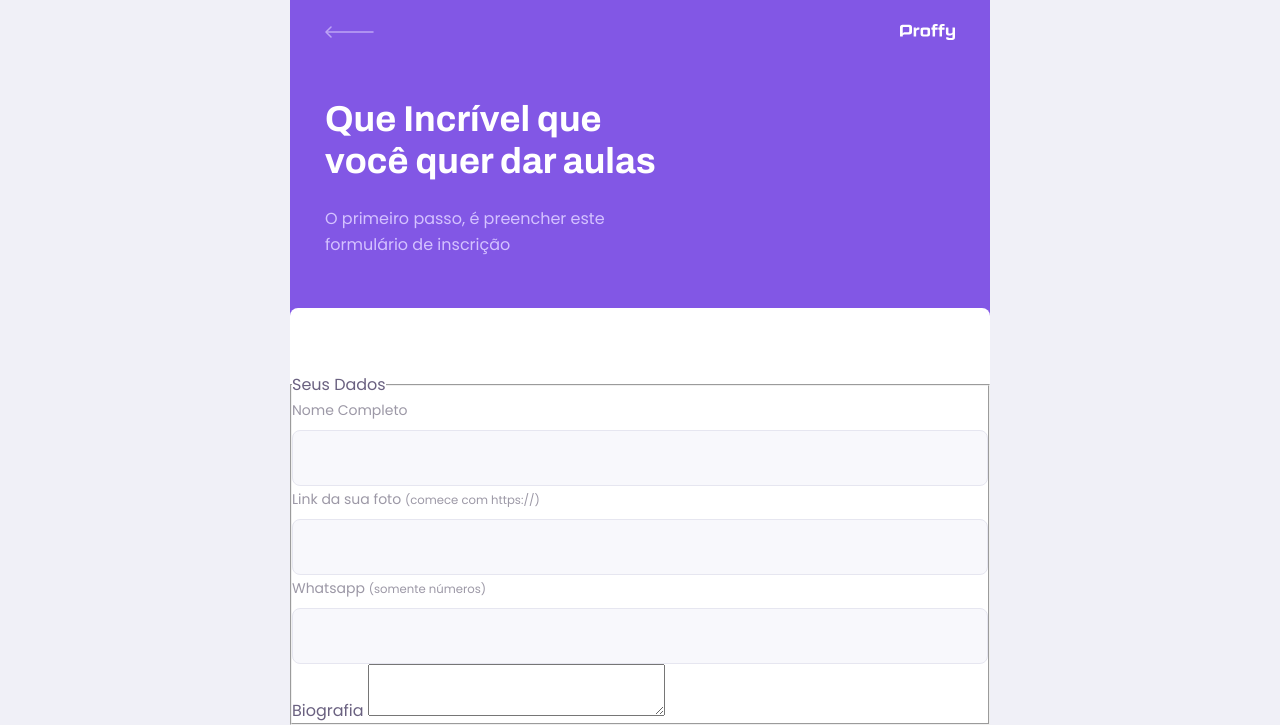
Repository: LukeVersus/NLW
Page: give-classes.html
These files come from the project's save history. The page is drawn as it stood at one moment and after the next save; the edit follows.
The browser window is 1280 px wide. The pictures show the whole page.

Above is the page before, as saved 2020-08-05 21:34:37.

### give-classes.html
<!DOCTYPE html>
<html lang="pt_br">
<head>
    <meta charset="UTF-8">
    <meta name="viewport" content="width=device-width, initial-scale=1.0">
    <title>Proffy | Sua Plataforma de Estudos Online</title>
    <link rel="stylesheet" href="/styles/main.css">
    <link rel="stylesheet" href="/styles/partials/header.css">
    <link rel="stylesheet" href="/styles/partials/forms.css">
    <link rel="stylesheet" href="/styles/partials/page-give-classes.css">
    <link href="https://fonts.googleapis.com/css2?family=Archivo:wght@400;700&amp;family=Poppins:wght@400;600&amp;display=swap" rel="stylesheet">

</head>
<body id="page-give-classes">

    <div id="container">
        <header class="page-header">
            <div class="top-bar-container">
                <a href="/">
                    <img src="/images/icons/back.svg" alt="Voltar">
                </a>
                <img src="/images/logo.svg" alt="Proffy">
            </div>
            <div class="header-content">
               <strong>Que Incrível que você quer dar aulas</strong>
               <p>O primeiro passo, é preencher este formulário de inscrição</p>
            </div>
        </header>
        <main>
           <form action="" id="create-class">
               <fieldset>
                   <legend>Seus Dados</legend>
                   <div class="input-block">
                       <label for="name">Nome Completo</label>
                       <input name="name" id="name" required>
                   </div>
                   <div class="input-block">
                       <label for="avatar">Link da sua foto <small>(comece com https://)</small></label>
                       <input name="avatar" id="avatar" type="url" required>
                   </div>
                   <div class="input-block">
                       <label for="whatsapp">Whatsapp <small>(somente números)</small></label>
                       <input name="whatsapp" id="whatsapp" type="number" required>
                   </div>
                   <div class="textarea-block">
                       <label for="bio">Biografia</label>
                       <textarea name="bio" id="bio" required></textarea>
                   </div>
               </fieldset>
           </form>
        </main>
    </div>


</body>
</html>

### styles/main.css
:root{
    --color-background: #F0F0F7;
    --color-primary-lighter: #9871F5;
    --color-primary-light: #916BEA;
    --color-primary: #8257E5;
    --color-primary-dark: #774DD6;
    --color-primary-darker: #6842C2;
    --color-secondary: #04D361;
    --color-secondary-dark: #04BF58;
    --color-title-in-primary: #FFFFFF;
    --color-text-in-primary: #D4C2FF;
    --color-text-title: #32264D;
    --color-text-complement: #9C98A6;
    --color-text-base: #6A6180;
    --color-line-in-white: #E6E6F0;
    --color-input-background: #F8F8FC;
    --color-button-text: #FFFFFF;
    --color-box-base: #FFFFFF;
    --color-box-footer: #FAFAFC;
    --color-small-info: #C1BCCC;
    /*tamanho da fonte padrão: 16px - 100% - 1rem */
    font-size: 60%; /*Controle das medidas rem e % */
}

* {
    margin: 0;
    padding: 0;
    box-sizing: border-box;
}

html, body{
    height: 100vh;
}

body{
    background: var(--color-background);
    display: flex;
    align-items: center;
    justify-content: center;
}

body, input, button, textarea{
    font: 500 1.6rem Poppins;
    color: var(--color-text-base);
}

#container{
    width: 90vw;
    max-width: 700px;
}

@media (min-width: 700px){
    :root{
        font-size: 62.5%;
    }
}

### styles/partials/header.css

.page-header{
    background-color: var(--color-primary);
    display: flex;
    flex-direction: column;
}

.page-header .top-bar-container{
    width: 90%;
    margin: 0 auto;
    display: flex;
    align-items: center;
    justify-content: space-between;
    padding: 1.6rem 0;
}

.page-header .top-bar-container a{
    height: 3.2rem;
    transition: opacity 0.2s;
}

.page-header .top-bar-container a:hover{
    opacity: 0.6;
}

.page-header .top-bar-container > img{
    height: 1.6rem;
}

.page-header .header-content{
    width: 90%;
    margin: 3.2rem auto;
    position: relative;
}

.page-header .header-content strong{
    font: 700 3.6rem Archivo;
    line-height: 4.2rem;
    color: var(--color-title-in-primary);
}

.page-header .header-content p{
    max-width: 30rem;
    font-size: 1.6rem;
    line-height: 2.6rem;
    color: var(--color-text-in-primary);
    margin-top: 2.4rem;
}


@media (min-width:700px){

    .page-header{
        height: 340px;
    }

    .page-header .top-bar-container{
        max-width: 1100px;
    }

    .page-header .header-content{
        max-width: 740px;
        margin: 0 auto;
        flex: 1 1;
        padding-bottom: 48px;
        display: flex;
        flex-direction: column;
        justify-content: center;
    }

    .page-header .header-content strong{
        max-width: 350px;
    }




}

### styles/partials/forms.css
.select-block label,
.input-block label{
    font-size: 1.4rem;
    color: var(--color-text-complement);
}

.input-block input,
.select-block select{
    width: 100%;
    height: 5.6rem;
    margin-top: 0.8rem;
    border-radius: 0.8rem;
    background: var(--color-input-background);
    border: 1px solid var(--color-line-in-white);
    outline: 0;
    padding: 0 1.6rem;
    font: 1.6rem Archivo;
}

.input-block{
    position: relative;
}

.input-block:focus-within::after{
    content: "";
    width: calc(100% - 3.2rem);
    height: 2px;
    background: var(--color-primary-light);
    position: absolute;
    left: 1.6rem;
    right: 1.6rem;
    bottom: 0;
}

### styles/partials/page-give-classes.css
#page-give-classes #container{
    width: 100vw;
    height: 100vh;
}

#page-give-classes main{
    background: var(--color-box-base);
    width: 100%;
    max-width: 74rem;
    border-radius: 0.8rem;
    margin: -3.2rem auto 3.2rem;
    padding-top: 6.4rem;
}

After the next save:
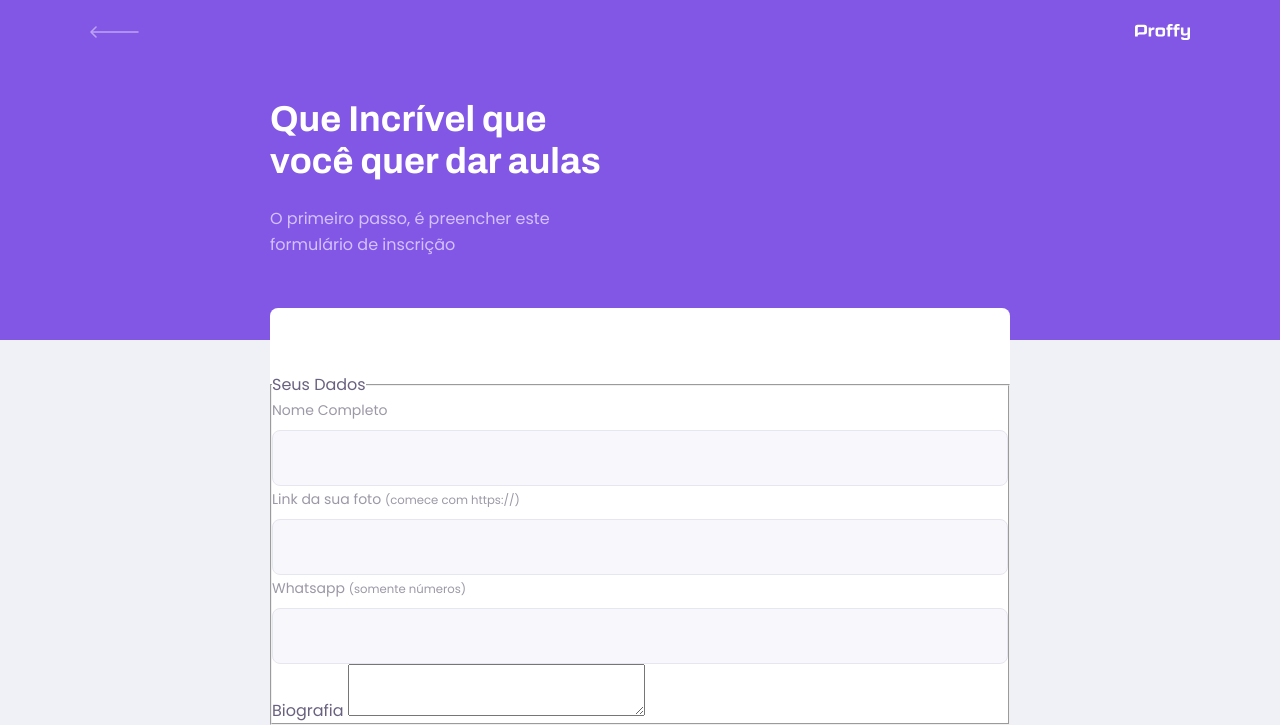
Saved 2 min 22 s later.
--- a/styles/partials/page-give-classes.css
+++ b/styles/partials/page-give-classes.css
@@ -11,3 +11,9 @@
     margin: -3.2rem auto 3.2rem;
     padding-top: 6.4rem;
 }
+
+@media(min-width: 700px){
+    #page-give-classes #container{
+        max-width: 100vw;
+    }
+}
